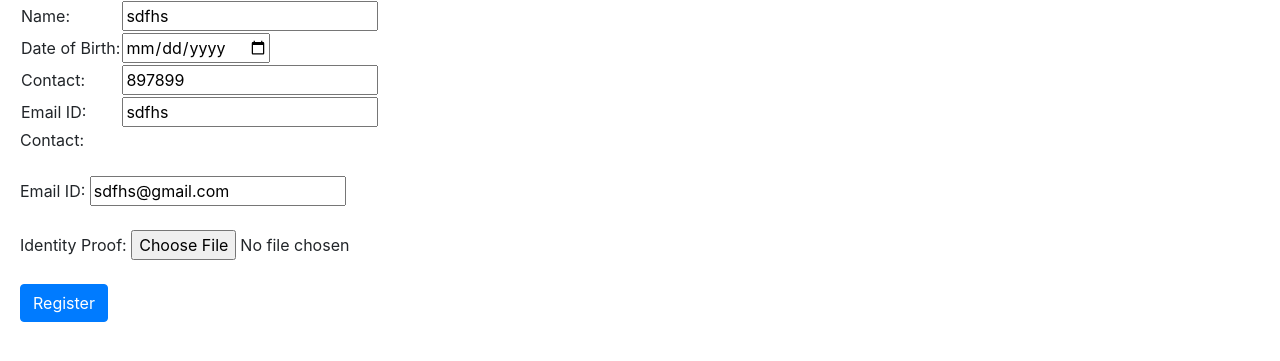
Repository: piyushrulesyou/CasinoGameApplication
Page: http://localhost/adminPanel/RegisterUser.jsp
The author's editor kept a copy of each file at every save. The page is drawn from the files as they stood at one save, then again after the next save.
The browser window is 1280 px wide. The pictures show the whole page.
The page is served by Tomcat 9. Nobody is signed in. The application's start-up code is not run. Other server files are loaded and not shown.

Above is the page before, as saved 2019-10-31 09:34:48.
Console error: TypeError: Cannot read properties of undefined (reading 'setDefaults')

### AdminPanel/adminPanel/src/main/webapp/RegisterUser.jsp
<%@page contentType="text/html;charset = UTF-8" language="java"%>
<%@page isELIgnored="false"%>

<!DOCTYPE html>
<html>
<head>
<meta charset="ISO-8859-1">
<title>Register</title>
<meta charset="utf-8">

<meta name="viewport" content="width=device-width, initial-scale=1">

<link rel="stylesheet"
	href="https://maxcdn.bootstrapcdn.com/bootstrap/4.3.1/css/bootstrap.min.css">
<script
	src="https://ajax.googleapis.com/ajax/libs/jquery/3.4.1/jquery.min.js"></script>
<script
	src="https://cdnjs.cloudflare.com/ajax/libs/popper.js/1.14.7/umd/popper.min.js"></script>
<script
	src="https://maxcdn.bootstrapcdn.com/bootstrap/4.3.1/js/bootstrap.min.js"></script>

<script>
	$(function() {
		$("#datepicker").datepicker();
	});
	$.datepicker.setDefaults({
		changeMonth : "true",
		changeYear : "true",
		yearRange : "-72:+38",
		showButtonPanel : "true"
	});
</script>

</head>
<body>

	<form action="registerUser" method="post">
<div class="form-check mb-2 mr-sm-2">

	<table>

	<tr>
		<td>Name:</td>
		<td><input type="text" id="customerName" name="customerName" placeholder="Enter name" value="sdfhs" required="required"></td>
	</tr>


	<tr>
		<td>Date of Birth:</td>
		<td><input type="date" name="dateOfBirth" id="dateOfBirth" placeholder="Enter DOB" required="required"></td>
	</tr>

	<tr>
		<td>Contact:</td>
		<td><input type="number" name="contactNumber" id="contactNumber" placeholder="Enter Contact Number" value=897899 required="required"></td>
	</tr>

	<tr>
		<td>Email ID:</td>
		<td><input type="text" id="customerName" name="customerName" placeholder="Enter name" value="sdfhs" required="required"></td>
	</tr>


	</table>


		Contact:

		<br><br>

		Email ID: <input type="email" id="emailID" name="emailID" placeholder="Enter email" value="sdfhs@gmail.com" required="required">

		<br><br>

		Identity Proof: <input type="file" id="idProof" name="idProof" accept="image/*" placeholder="ID Proof">

		<br><br>


		<button type="submit" class="btn btn-primary mb-2">Register</button>
		</div>
	</form>




</body>
</html>

After the next save:
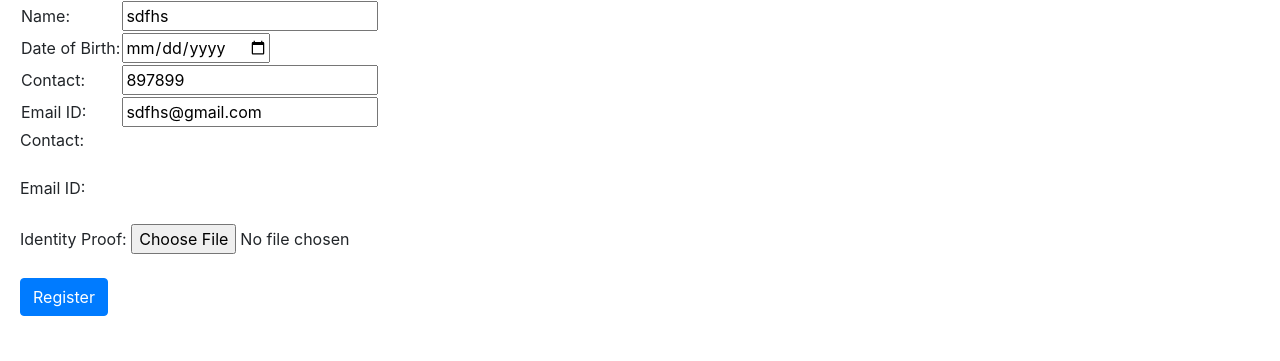
Saved 13 s later.
--- a/AdminPanel/adminPanel/src/main/webapp/RegisterUser.jsp
+++ b/AdminPanel/adminPanel/src/main/webapp/RegisterUser.jsp
@@ -57,7 +57,7 @@
 
 	<tr>
 		<td>Email ID:</td>
-		<td><input type="text" id="customerName" name="customerName" placeholder="Enter name" value="sdfhs" required="required"></td>
+		<td><input type="email" id="emailID" name="emailID" placeholder="Enter email" value="sdfhs@gmail.com" required="required"></td>
 	</tr>
 
 
@@ -68,7 +68,7 @@
 
 		<br><br>
 
-		Email ID: <input type="email" id="emailID" name="emailID" placeholder="Enter email" value="sdfhs@gmail.com" required="required">
+		Email ID:
 
 		<br><br>
 
